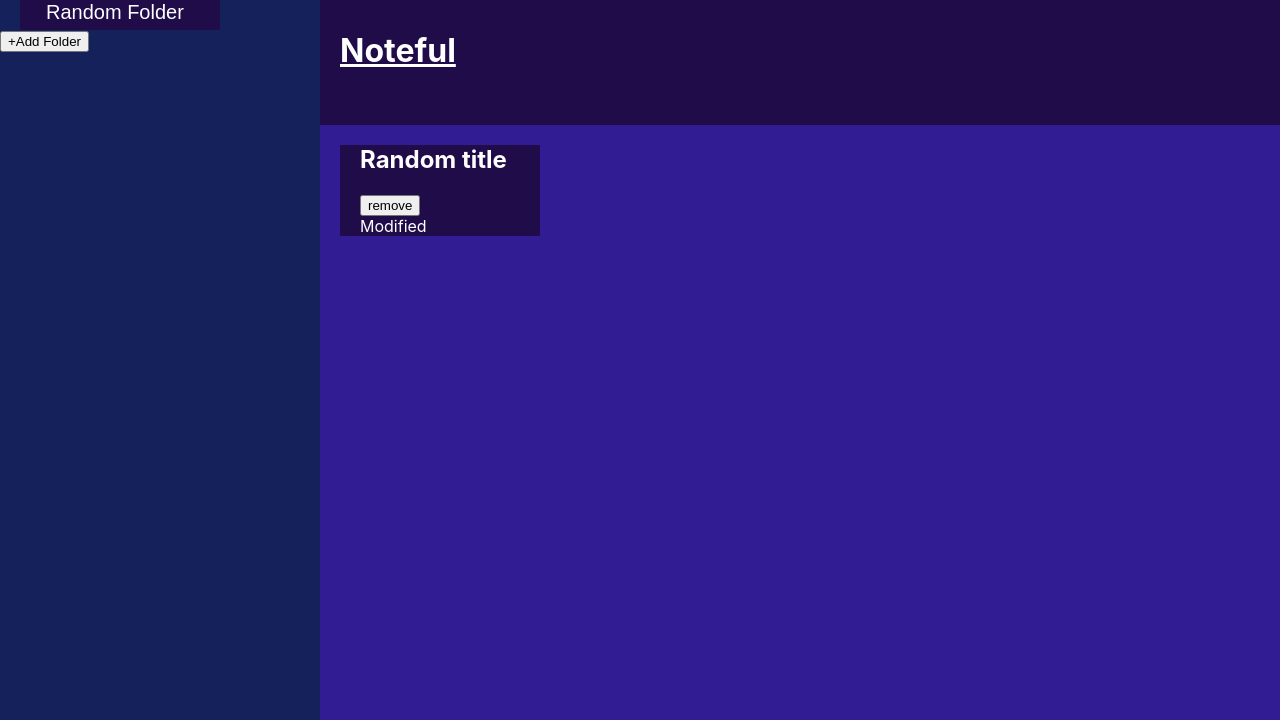
Repository: thinkful-ei-macaw/noteful-agatha-curtis
Page: /
These files come from the project's save history. The page is drawn as it stood at one moment and after the next save; the edit follows.
The browser window is 1280 px wide. The pictures show the whole page.
The project was rebuilt for these pictures with package versions that can differ from the ones it lists, and the page was loaded fresh each time.

Above is the page before, as saved 2020-03-10 13:22:19.

### public/index.html
<!DOCTYPE html>
<html lang="en">
  <head>
    <meta charset="utf-8" />
    <link rel="icon" href="%PUBLIC_URL%/favicon.ico" />
    <meta name="viewport" content="width=device-width, initial-scale=1" />
    <meta name="theme-color" content="#000000" />
    <meta
      name="description"
      content="Web site created using create-react-app"
    />
    <link rel="apple-touch-icon" href="%PUBLIC_URL%/logo192.png" />
    <!--
      manifest.json provides metadata used when your web app is installed on a
      user's mobile device or desktop. See https://developers.google.com/web/fundamentals/web-app-manifest/
    -->
    <link rel="manifest" href="%PUBLIC_URL%/manifest.json" />
    <!--
      Notice the use of %PUBLIC_URL% in the tags above.
      It will be replaced with the URL of the `public` folder during the build.
      Only files inside the `public` folder can be referenced from the HTML.

      Unlike "/favicon.ico" or "favicon.ico", "%PUBLIC_URL%/favicon.ico" will
      work correctly both with client-side routing and a non-root public URL.
      Learn how to configure a non-root public URL by running `npm run build`.
    -->
    <title>Noteful React</title>
  </head>
  <body>
    <noscript>You need to enable JavaScript to run this app.</noscript>
    <div id="root"></div>
    <!--
      This HTML file is a template.
      If you open it directly in the browser, you will see an empty page.

      You can add webfonts, meta tags, or analytics to this file.
      The build step will place the bundled scripts into the <body> tag.

      To begin the development, run `npm start` or `yarn start`.
      To create a production bundle, use `npm run build` or `yarn build`.
    -->
  </body>
</html>

### src/App.js
import React, {Component} from 'react';
import './App.css';
import Header from './Component/Header';
import Note from './Component/Note';
import Folder from './Component/Folder';



class App extends Component {
  state = {
    notes: [],
    folders: [],
  };





render(){
    return (
      <main id='main'>
        <div className='Header'>
          <Header />
        </div>
        <div className='Folder'>
          <Folder/>
        </div>
        <div className='Note'>
          <Note />
        </div>
        <div>

        </div>
      </main>
    );
  }
}

export default App;

### src/App.css
.App {
  text-align: center;
}

* {
  box-sizing: border-box;
}

#main {
  display: grid;
  grid-template-areas:
  "nav header"
  "nav main";
  grid-template-columns: 25% 75%;
  grid-template-rows: 125px 1fr;
  overflow: auto;
  height: calc(100vh);
}

.Header {
  background-color: rgb(31, 12, 73);
  width: 100%;
  grid-area: header;
}

.Folder {
  background-color: #14215a;
  grid-area: nav;
}

.Note {
  background-color: #321c94;
  grid-area: main;
}

### src/Component/Header.js
import React,{Component} from 'react';
import './Header.css'

class Header extends Component {
  render(){
    return (
     <header className="app-header">
      <h1><a href='#'>Noteful</a></h1>
      </header>
    )
  };
}



export default Header;

### src/Component/Note.js
import React from 'react'
//import { Link } from 'react-router-dom'
import './Note.css';


export default function Note(props) {
  return (
    <div className='Note__container'>
      <h2 className='Note__title'>
        Random title
      </h2>
      <button className='Note__delete' type='button'>
        remove
      </button>
      <div className='Note__dates'>
        <div className='Note__dates-modified'>
          Modified
          <span className='Date'>

          </span>
        </div>
      </div>
      </div>
  )
}

### src/Component/Folder.js
import React,{Component} from 'react';
import './Folder.css';
import AddFolder from './Button/AddFolder';


export default class Folder extends Component {


     render(){
         return(
             <div class='folder__container'>
                <div className= "folder-js">
                    <button className='folder__button'>Random Folder</button>
                </div>
             <div><AddFolder/></div>
             </div>
         );
     }
}

### src/Component/Header.css


h1 {
    color: white;
    padding: 10px 5px 5px 20px;
  }

a:link, a:visited, a:active {
    color: white;
}

a:hover {
    color: rgb(56, 135, 240)
}

### src/Component/Note.css
.Note__container {
    padding-left: 20px;
    margin-left: 20px;
    background-color: rgb(31, 12, 73);
    width: 200px;
    color: white;
}

### src/Component/Folder.css
.folder__container {
    grid-row-start: 2;
    grid-row-end: 2;
    grid-column-start: 1;
    grid-column-end: 1;
}

.folder-js {
    padding-left: 20px;
    margin-left: 20px;
    background-color: rgb(31, 12, 73);
    width: 200px;
    height: 30px;
}

.folder__button {
    border: none;
    text-decoration: none;
    background-color: rgb(31, 12, 73);
    text-align: center;
    color: white;
    font-size: 20px;
}

### src/Component/Button/AddFolder.js
import React, {Component} from 'react';
import './AddFolder.css'

export default class AddFolder extends Component {
    render(){
        return(
                <section className='adding-folder'>
                    <button className='add-folder-btn' type='button'>
                        +Add Folder
                    </button>
                </section>
        )
    }
}

Loaded but not shown: src/index.js (common file); src/index.css (common file); src/Component/Button/AddFolder.css (no stored copy; drawn as an empty file)

After the next save:
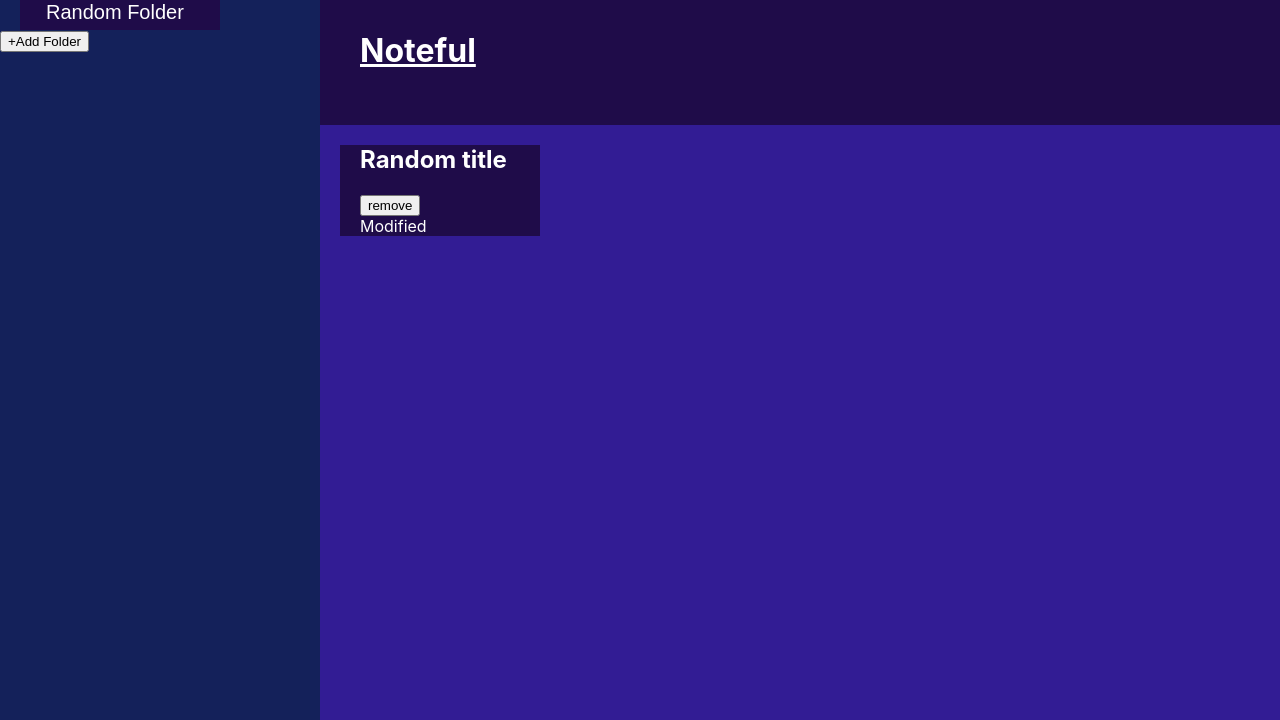
Saved 35 s later.
--- a/src/Component/Header.css
+++ b/src/Component/Header.css
@@ -2,7 +2,7 @@
 
 h1 {
     color: white;
-    padding: 10px 5px 5px 20px;
+    padding: 10px 5px 5px 40px;
   }
 
 a:link, a:visited, a:active {
